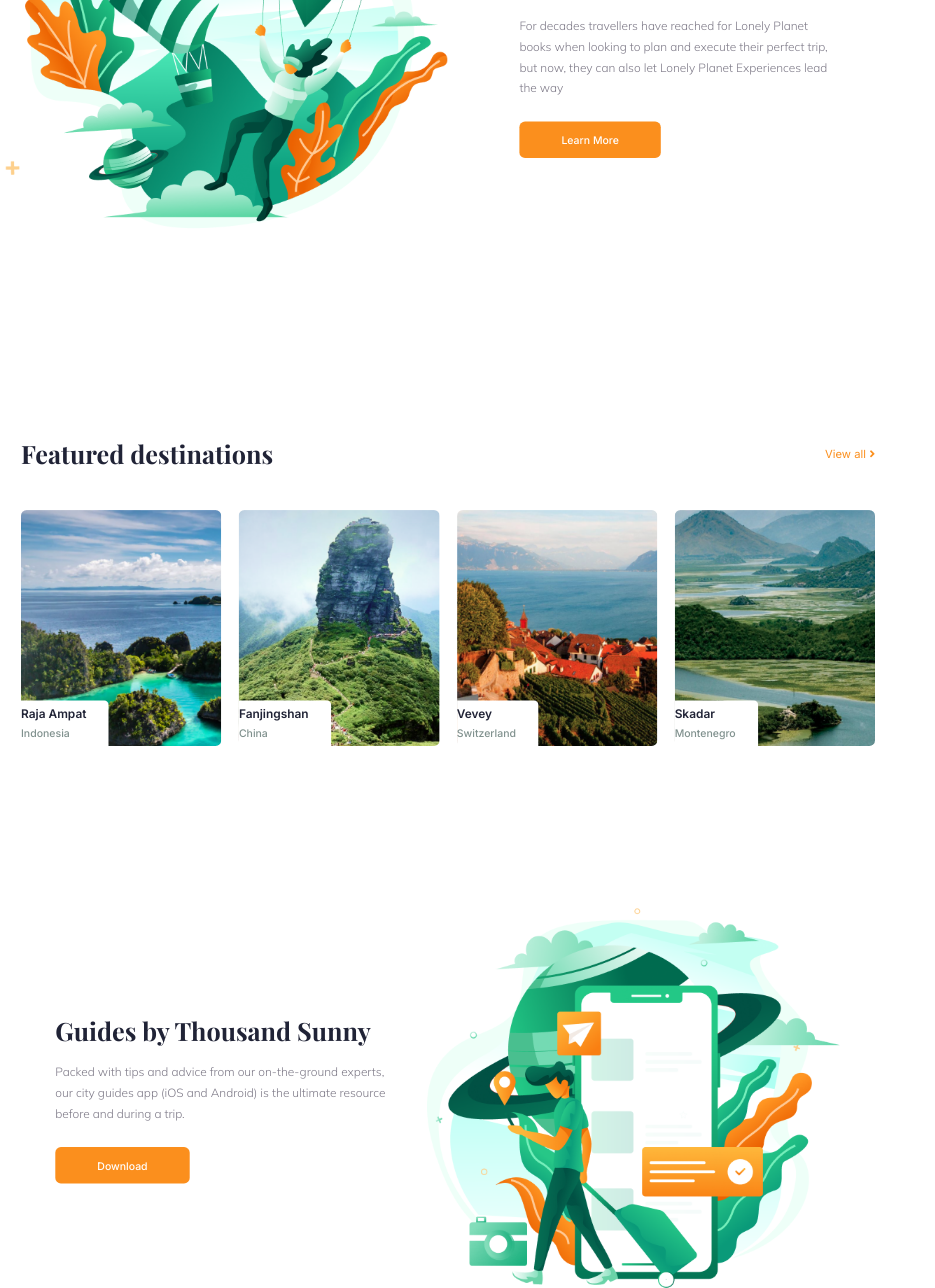
Repository: long5122000/sunny
Page: index.html
The author's editor kept a copy of each file at every save. The page is drawn from the files as they stood at one save, then again after the next save.
The browser window is 1280 px wide. The page is 1335 px wide, so the pictures cover 1335 px, including what lies to the right of the window. The pictures show the part of the page from y = 1294 to 3134 px (the page is 3134 px tall), at 70% of full size.
The style sheet was rebuilt from its Sass, Less or Tailwind sources for each picture, by a compiler version that may differ from the author's.

Above is the page before, as saved 2021-11-24 22:50:03.

After the next save:
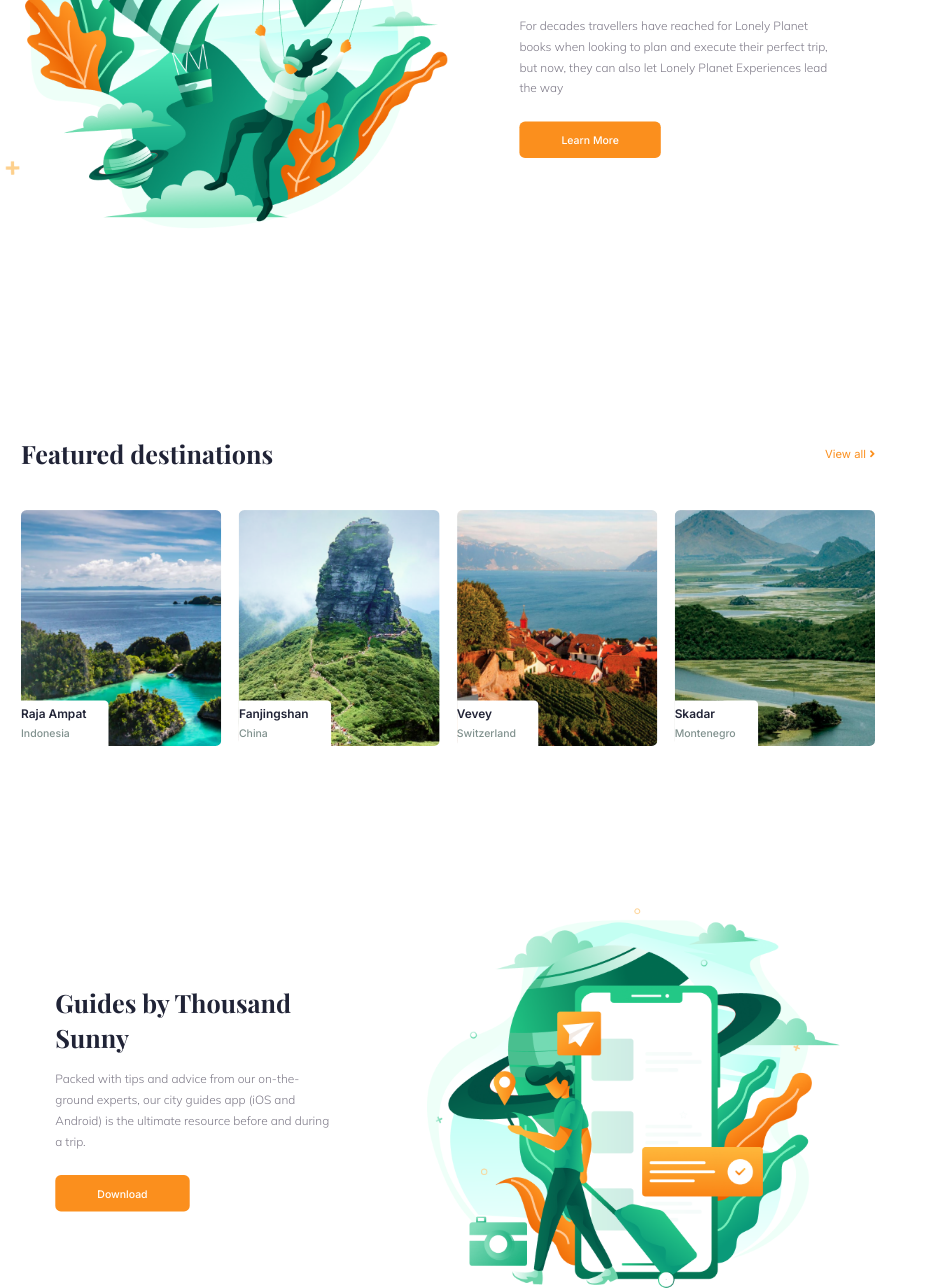
Saved 10 min 32 s later.
--- a/sass/_guides.scss
+++ b/sass/_guides.scss
@@ -6,7 +6,7 @@
     gap: 0 80px;
   }
   &-content {
-    max-width: 530px;
+    max-width: 450px;
     padding-left: 49px;
   }
   &-image {
